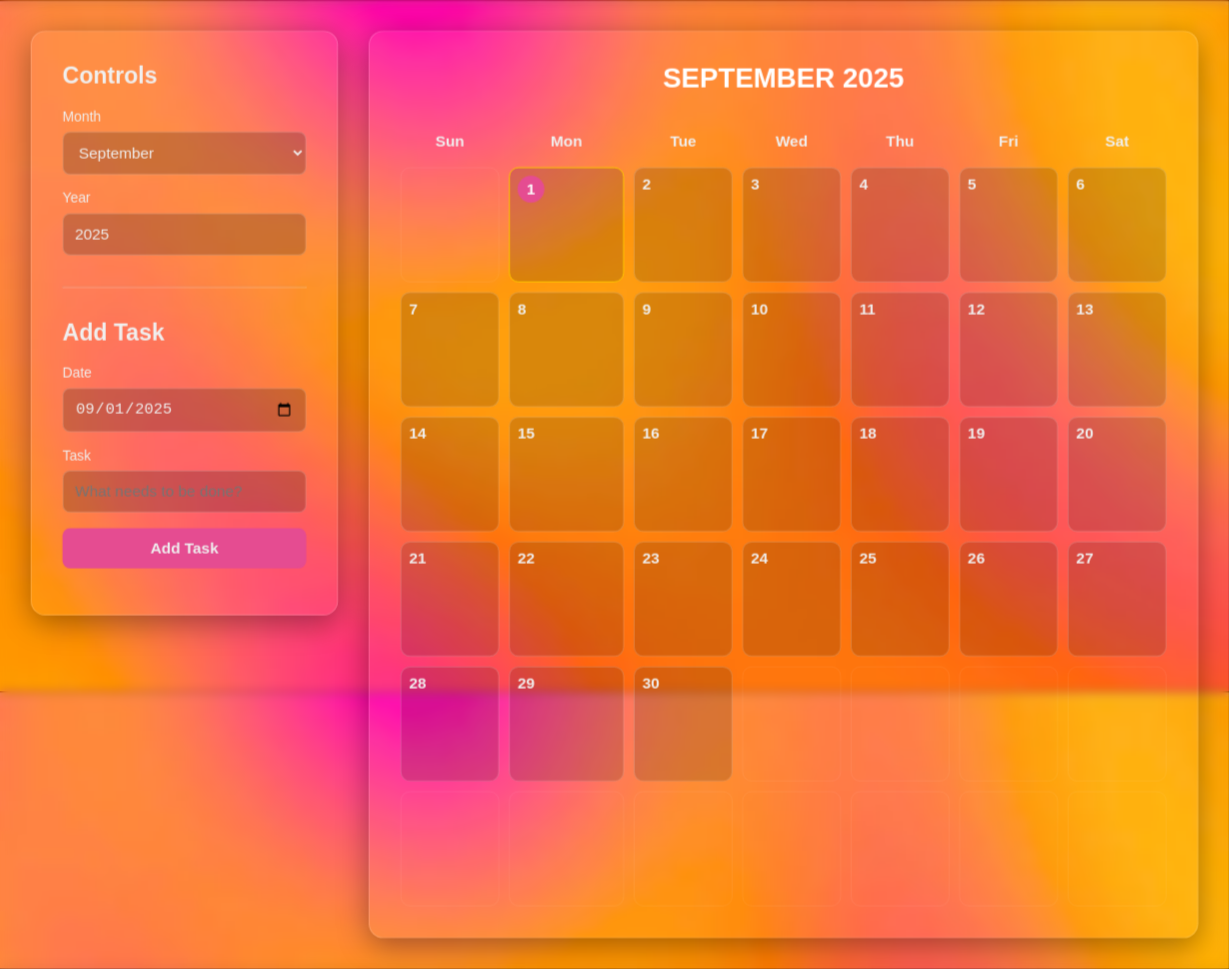
Repository: TanujaNair03/ToDo
Page: static/index.html
These files come from the project's save history. The page is drawn as it stood at one moment and after the next save; the edit follows.
The browser window is 1280 px wide. The pictures show the whole page, at 96% of full size.
The page's requests for data from a server got no answer. Backgrounds fixed to the window are drawn as part of the page.

Above is the page before, as saved 2025-09-01 16:24:04.

### static/index.html
<!DOCTYPE html>
<html lang="en">
<head>
    <meta charset="UTF-8">
    <meta name="viewport" content="width=device-width, initial-scale=1.0">
    <title>Aesthetic Calendar</title>
    <style>
        :root {
            --glass-bg: rgba(255, 255, 255, 0.05);
            --glass-border: rgba(255, 255, 255, 0.2);
            --text-color: #f0f0f0;
            --accent-primary: #e54c91; /* Pink */
            --accent-secondary: #ffc800; /* Yellow */
        }
        * {
            box-sizing: border-box;
        }

        body {
            font-family: 'Poppins', sans-serif;
            color: var(--text-color);
            margin: 0;
            padding: 2rem;
            min-height: 100vh;
            background-color: #1a1a2e; /* Fallback color */
            background-image: url('./static/aura.jpg'); /* Path to your image */
            background-repeat: no-repeat;
            background-attachment: fixed;
            background-size: cover;
            background-position: center;
            backdrop-filter: blur(5px);
            -webkit-backdrop-filter: blur(10px);
        }

        #app {
            display: flex;
            gap: 2rem;
            width: 100%;
            max-width: 1300px;
            margin: 0 auto;
            align-items: flex-start;
        }

        .glass-pane {
            background: var(--glass-bg);
            backdrop-filter: blur(20px);
            -webkit-backdrop-filter: blur(20px);
            border: 1px solid var(--glass-border);
            box-shadow: 0 8px 32px 0 rgba(0, 0, 0, 0.37);
            border-radius: 15px;
            padding: 2rem;
        }

        .sidebar {
            width: 320px;
            height: fit-content;
            flex-shrink: 0;
        }
        .sidebar h2 { margin-top: 0; color: var(--text-color); }
        .form-group { margin-bottom: 1rem; }
        .form-group label { display: block; margin-bottom: 0.5rem; font-size: 0.9rem; }
        .form-group input, .form-group select, .form-group button {
            width: 100%; padding: 0.75rem; border: 1px solid var(--glass-border);
            border-radius: 8px; background: rgba(0,0,0,0.2);
            color: var(--text-color); font-size: 1rem;
        }
        .form-group button {
            background: var(--accent-primary); cursor: pointer; font-weight: bold;
            transition: background 0.2s ease; border: none;
        }
        .form-group button:hover { background: var(--accent-secondary); color: #1a1a2e; }

        .calendar-container {
            flex-grow: 1;
        }
        .calendar-header { display: flex; justify-content: center; align-items: center; }
        .calendar-header h1 {
            font-size: 1.8rem;
            font-weight: bold;
            color: #ffffff;
            margin: 0;
            text-transform: uppercase;
        }
        .calendar-grid {
            display: grid;
            grid-template-columns: repeat(7, 1fr);
            gap: 10px;
            width: 100%;
            margin-top: 2rem;
            position: relative;
        }
        .day-header { text-align: center; font-weight: bold; color: var(--text-color); padding: 0.5rem 0; }

        .day-cell {
            height: 120px;
            /* REMOVED fixed width to allow grid to be responsive */
            overflow: hidden;
            padding: 8px;
            background: rgba(0, 0, 0, 0.15);
            border: 1px solid var(--glass-border);
            border-radius: 10px;
            transition: transform 0.3s ease, background 0.3s ease, height 0.3s ease;
            cursor: pointer;
        }

        .day-cell > div {
            display: flex;
            flex-direction: column;
            height: 100%;
        }

        .day-cell:hover {
            transform: translateY(-5px);
            background: rgba(255, 255, 255, 0.1);
        }

        .day-cell.today-cell {
            min-height: 120px;
            min-width: 120px;
            max-height: 200px;
            max-width: 200px;
            border: 1px solid var(--accent-secondary);
        }

        .day-cell.expanded {
            height: auto;
            min-height: 200px;
            max-height: 400px;
            min-width: 200px;
            max-width: 400px;
            background: rgba(40, 40, 60, 0.7);
            transform: scale(1.05);
            z-index: 10;
            box-shadow: 0 12px 40px rgba(0, 0, 0, 0.5);
            overflow: hidden;
        }

        .day-cell.other-month {
            background: transparent;
            opacity: 0.4;
            cursor: default;
        }
        .day-number { font-weight: bold; margin-bottom: 8px; }
        .day-number.today {
            background-color: var(--accent-primary); color: white;
            border-radius: 50%; width: 28px; height: 28px;
            display: flex; align-items: center; justify-content: center;
        }
        .task-list {
            list-style: none;
            padding: 0;
            font-size: 0.85rem;
            overflow-y: auto;
            flex-grow: 1;
        }
        .task-item { display: flex; align-items: center; margin-bottom: 4px; gap: 6px; }
        .task-item input[type="checkbox"] { flex-shrink: 0; }
        .task-item span.done { text-decoration: line-through; opacity: 0.6; }

        .task-item span {
            flex-grow: 1;
            overflow-wrap: break-word;
            word-break: normal;
        }
        .edit-input { width: 100%; background: #444; color: white; border: 1px solid var(--accent-primary); border-radius: 4px; padding: 2px; }
        .task-actions { cursor: pointer; margin-left: auto; display: flex; gap: 5px; }

        .more-tasks-indicator {
            font-size: 0.75rem;
            color: var(--accent-secondary);
            text-align: center;
            margin-top: auto;
            padding-top: 10px;
            font-style: italic;
        }
    </style>
</head>
<body>

<div id="app">
    <div class="sidebar glass-pane">
        <h2>Controls</h2>
        <div class="form-group">
            <label for="month">Month</label>
            <select id="month" v-model="selectedMonth">
                <option v-for="(month, index) in months" :value="index + 1">{{ month }}</option>
            </select>
        </div>
        <div class="form-group">
            <label for="year">Year</label>
            <input type="number" id="year" v-model="selectedYear">
        </div>
        <hr style="border-color: rgba(255,255,255,0.2); margin: 2rem 0;">
        <h2>Add Task</h2>
        <form @submit.prevent="addTask">
            <div class="form-group">
                <label for="taskDate">Date</label>
                <input type="date" id="taskDate" v-model="newTask.date" required>
            </div>
            <div class="form-group">
                <label for="taskDesc">Task</label>
                <input type="text" id="taskDesc" v-model="newTask.task" placeholder="What needs to be done?" required>
            </div>
            <div class="form-group">
                <button type="submit">Add Task</button>
            </div>
        </form>
    </div>
    <div class="calendar-container glass-pane">
        <div class="calendar-header">
            <h1>{{ monthName }} {{ selectedYear }}</h1>
        </div>
        <div class="calendar-grid">
            <div class="day-header" v-for="day in dayNames">{{ day }}</div>
            <div v-for="day in calendarDays"
                 class="day-cell"
                 :class="{
                    'other-month': !day.isCurrentMonth,
                    'expanded': day.dateStr === expandedDateStr,
                    'today-cell': day.isToday
                 }"
                 @click="toggleExpandDay(day.dateStr)">
                <div v-if="day.date">
                    <div class="day-number" :class="{'today': day.isToday}">{{ day.date.getDate() }}</div>
                    <ul class="task-list" @click.stop>
                        <li v-for="(task, index) in day.tasks" class="task-item">
                            <template v-if="editingDate === day.dateStr && editingIndex === index">
                                <input type="text" v-model="editingText" @keyup.enter="saveEdit" @keyup.esc="cancelEditing" class="edit-input" v-focus>
                                <div class="task-actions">
                                    <span @click="saveEdit">✔️</span>
                                    <span @click="cancelEditing">❌</span>
                                </div>
                            </template>
                            <template v-else>
                                <input type="checkbox" :checked="task.done" @change="updateTaskStatus(day.dateStr, index, $event.target.checked)">
                                <span :class="{'done': task.done}">{{ task.task }}</span>
                                <div class="task-actions">
                                    <span @click="startEditing(day.dateStr, index, task.task)">✏️</span>
                                    <span @click="deleteTask(day.dateStr, index)">🗑️</span>
                                </div>
                            </template>
                        </li>
                    </ul>
                    <div v-if="day.tasks.length > 2 && day.dateStr !== expandedDateStr" class="more-tasks-indicator">
                        + {{ day.tasks.length - 2 }} more
                    </div>
                </div>
            </div>
        </div>
    </div>
</div>
<script src="https://unpkg.com/vue@3/dist/vue.global.js"></script>
<script>
    const { createApp, ref, computed, onMounted } = Vue;
    const focusDirective = { mounted(el) { el.focus(); } };
    createApp({
        directives: { focus: focusDirective },
        setup() {
            const today = new Date();
            const selectedMonth = ref(today.getMonth() + 1);
            const selectedYear = ref(today.getFullYear());
            const tasks = ref({});
            const newTask = ref({ date: today.toISOString().split('T')[0], task: '' });
            const editingDate = ref(null);
            const editingIndex = ref(null);
            const editingText = ref('');
            const months = ["January", "February", "March", "April", "May", "June", "July", "August", "September", "October", "November", "December"];
            const dayNames = ["Sun", "Mon", "Tue", "Wed", "Thu", "Fri", "Sat"];
            const API_URL = 'http://127.0.0.1:5000/api';
            const expandedDateStr = ref(null);
            const monthName = computed(() => months[selectedMonth.value - 1]);
            const calendarDays = computed(() => {
                const year = selectedYear.value;
                const month = selectedMonth.value - 1;
                const firstDayOfMonth = new Date(year, month, 1).getDay();
                const daysInMonth = new Date(year, month + 1, 0).getDate();
                const daysArray = [];
                let dayCounter = 1;
                for (let i = 0; i < 42; i++) {
                    if (i >= firstDayOfMonth && dayCounter <= daysInMonth) {
                        const dateObj = new Date(year, month, dayCounter);
                        const y = dateObj.getFullYear();
                        const m = String(dateObj.getMonth() + 1).padStart(2, '0');
                        const d = String(dateObj.getDate()).padStart(2, '0');
                        const dateStr = `${y}-${m}-${d}`;
                        daysArray.push({
                            date: dateObj,
                            dateStr: dateStr,
                            isCurrentMonth: true,
                            isToday: dateStr === today.toISOString().split('T')[0],
                            tasks: tasks.value[dateStr] || []
                        });
                        dayCounter++;
                    } else {
                        daysArray.push({ date: null, isCurrentMonth: false, tasks: [] });
                    }
                }
                return daysArray;
            });
            const toggleExpandDay = (dateStr) => {
                if (!dateStr) return;
                if (expandedDateStr.value === dateStr) {
                    expandedDateStr.value = null;
                } else {
                    expandedDateStr.value = dateStr;
                }
            };
            const fetchTasks = async () => {
                const response = await fetch(`${API_URL}/tasks`);
                tasks.value = await response.json();
            };
            const addTask = async () => {
                await fetch(`${API_URL}/tasks`, {
                    method: 'POST',
                    headers: { 'Content-Type': 'application/json' },
                    body: JSON.stringify(newTask.value)
                });
                newTask.value.task = '';
                fetchTasks();
            };
            const updateTaskStatus = async (dateStr, taskIndex, isDone) => {
                await fetch(`${API_URL}/tasks/update`, {
                    method: 'PUT',
                    headers: { 'Content-Type': 'application/json' },
                    body: JSON.stringify({ date: dateStr, taskIndex: taskIndex, done: isDone })
                });
                fetchTasks();
            };
            const startEditing = (dateStr, index, currentText) => {
                editingDate.value = dateStr;
                editingIndex.value = index;
                editingText.value = currentText;
            };
            const cancelEditing = () => {
                editingDate.value = null;
                editingIndex.value = null;
                editingText.value = '';
            };
            const saveEdit = async () => {
                if (!editingText.value.trim()) return;
                await fetch(`${API_URL}/tasks/edit`, {
                    method: 'PUT',
                    headers: { 'Content-Type': 'application/json' },
                    body: JSON.stringify({
                        date: editingDate.value,
                        taskIndex: editingIndex.value,
                        newTaskText: editingText.value
                    })
                });
                cancelEditing();
                fetchTasks();
            };
            const deleteTask = async (dateStr, taskIndex) => {
                if (window.confirm("Are you sure you want to delete this task?")) {
                    await fetch(`${API_URL}/tasks/${dateStr}/${taskIndex}`, { method: 'DELETE' });
                    fetchTasks();
                }
            };
            onMounted(fetchTasks);
            return {
                selectedMonth,
                selectedYear,
                months,
                dayNames,
                monthName,
                calendarDays,
                newTask,
                addTask,
                updateTaskStatus,
                editingDate,
                editingIndex,
                editingText,
                startEditing,
                cancelEditing,
                saveEdit,
                deleteTask,
                expandedDateStr,
                toggleExpandDay,
            };
        }
    }).mount('#app');
</script>
</body>
</html>

After the next save:
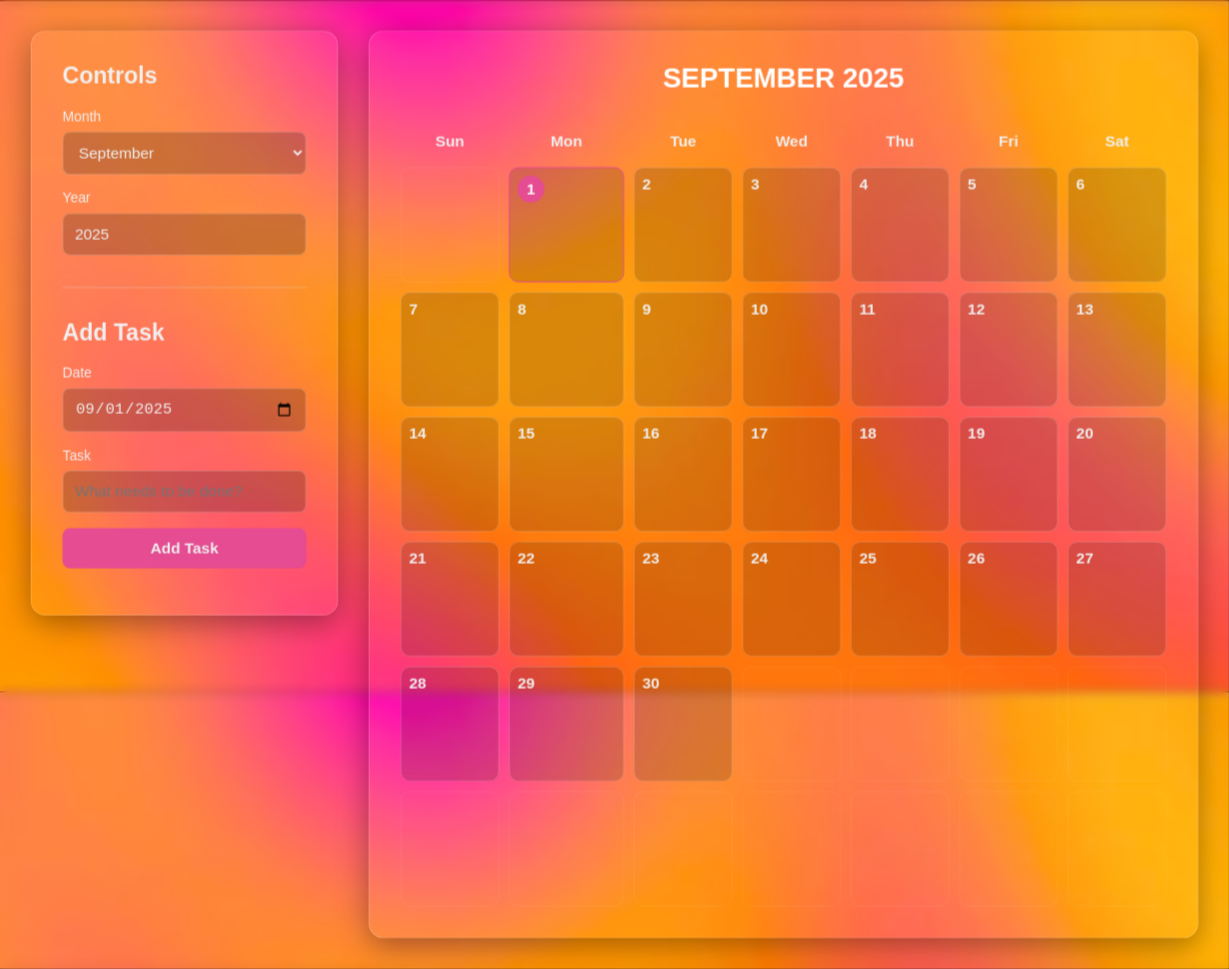
Saved 18 min 14 s later.
--- a/static/index.html
+++ b/static/index.html
@@ -119,7 +119,7 @@
             min-width: 120px;
             max-height: 200px;
             max-width: 200px;
-            border: 1px solid var(--accent-secondary);
+            border: 1px solid var(--accent-primary);
         }
 
         .day-cell.expanded {
